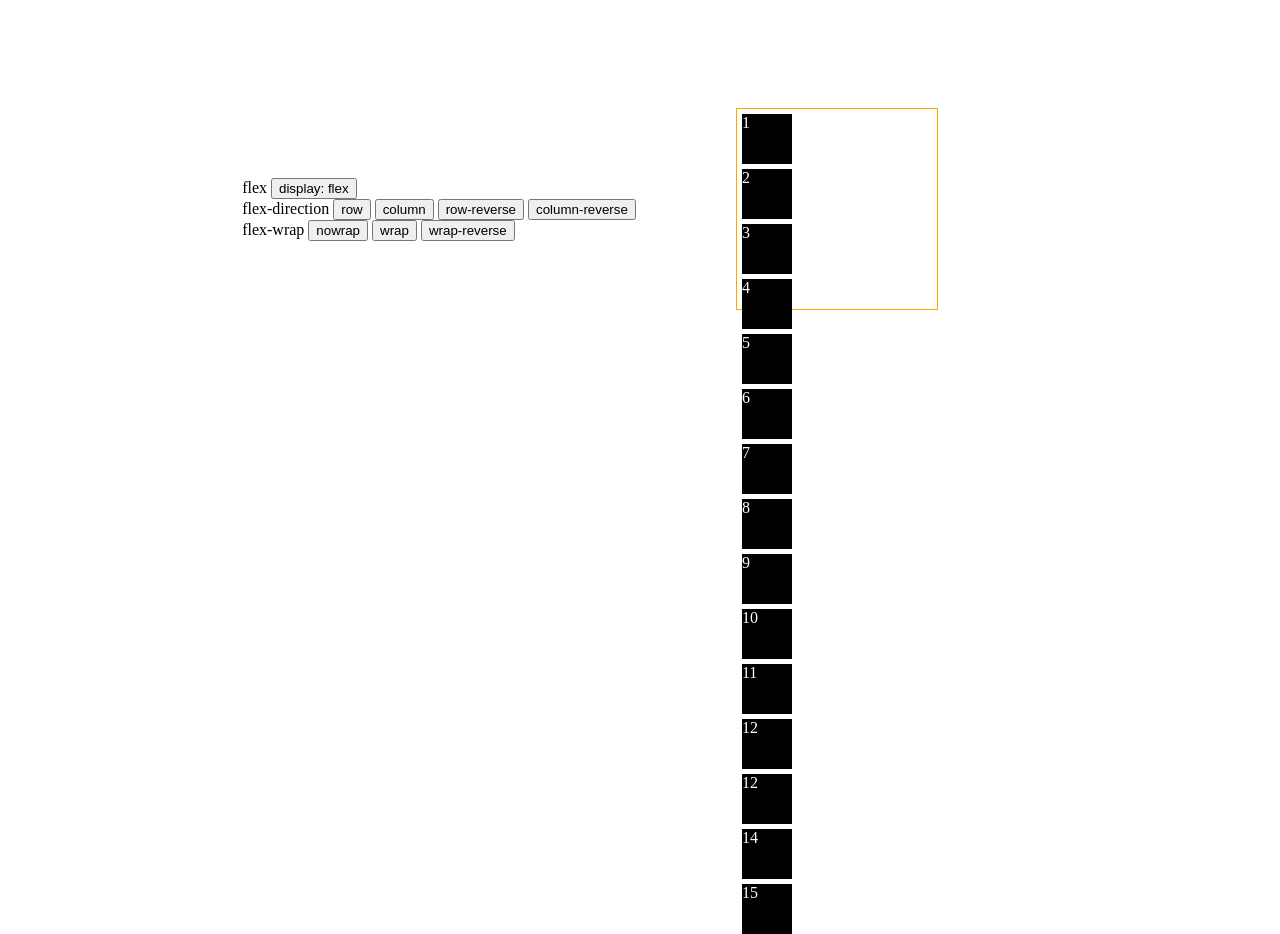
Repository: eeoooo/MINI-PROJECTS-HTML-CSS
Page: 220730-PracticeCSSFlex/index.html
These files come from the project's save history. The page is drawn as it stood at one moment and after the next save; the edit follows.
The browser window is 1280 px wide. The pictures show the whole page.

Above is the page before, as saved 2022-07-30 19:29:33.

After the next save:
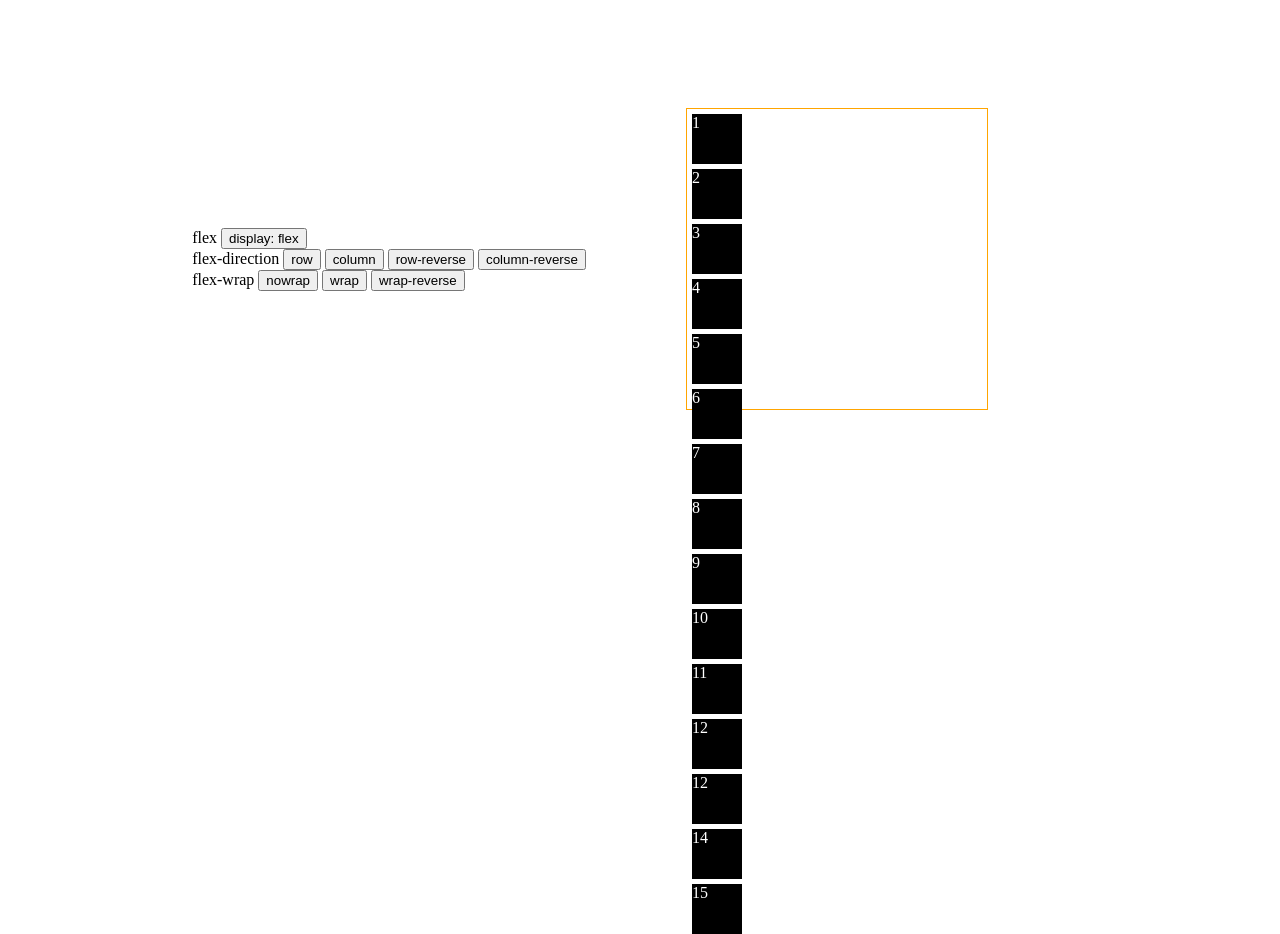
Saved 20 s later.
--- a/220730-PracticeCSSFlex/style.css
+++ b/220730-PracticeCSSFlex/style.css
@@ -4,8 +4,8 @@ body {
   align-items: center;
 }
 .container {
-  width: 200px;
-  height: 200px;
+  width: 300px;
+  height: 300px;
   border: 1px solid orange;
   margin: 100px;
 }
